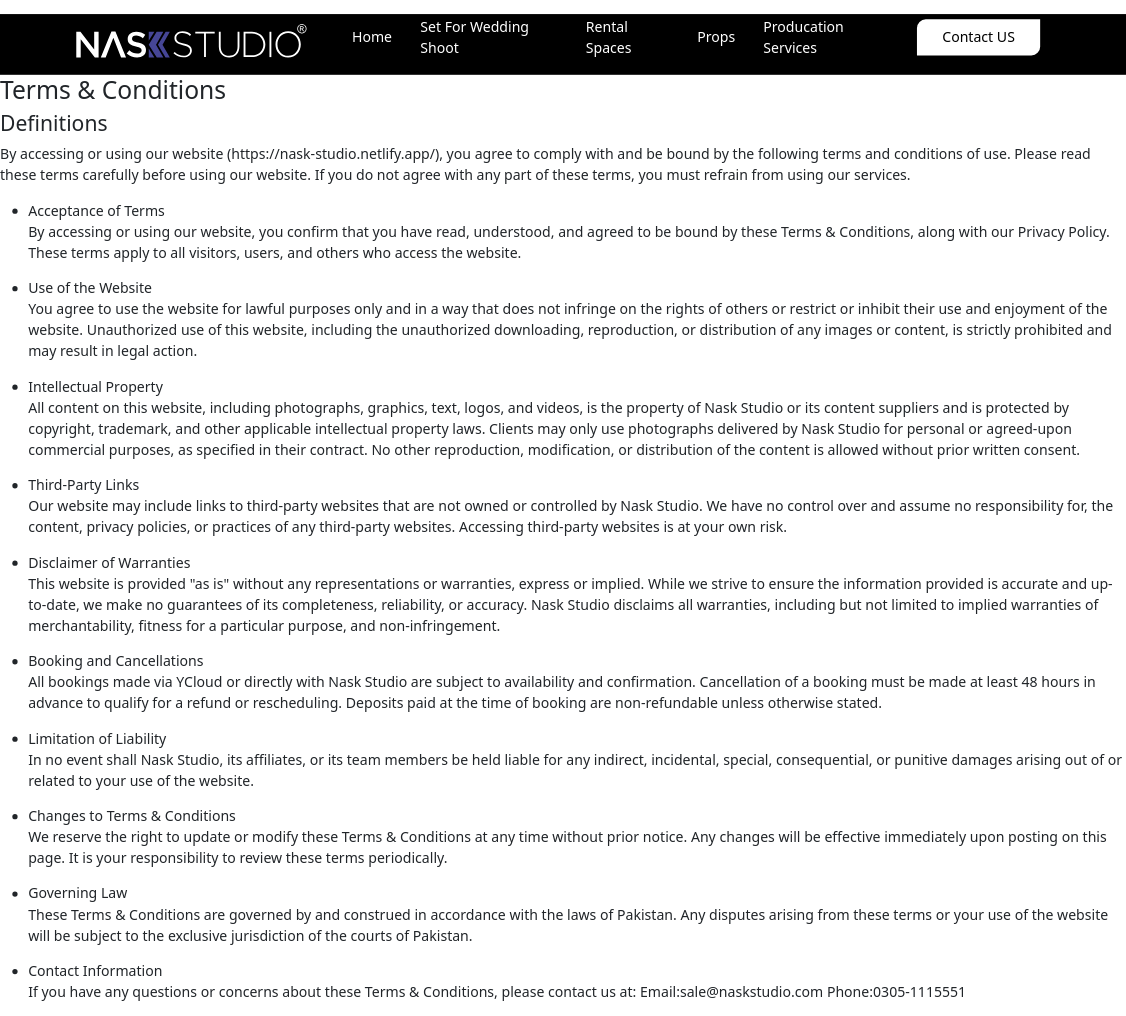
Repository: sagheerNaskSoft/nask-studio-sec-phase
Page: /termscondion
These files come from the project's save history. The page is drawn as it stood at one moment and after the next save; the edit follows.
The browser window is 1280 px wide. The pictures show the whole page, at 88% of full size.
The project was rebuilt for these pictures with package versions that can differ from the ones it lists, and the page was loaded fresh each time. Also part of the build but not shown: src/Component/HomePage/Banner.js, src/Component/HomePage/ShootSection.js, src/Component/HomePage/SerivceSetion.js, src/Component/NavFooter/Footer.js, src/Pages/Home.js, src/Pages/About.js, src/Component/WeddingSets/Banner.js, src/Component/WeddingSets/StudioSection.js and 19 more.

Above is the page before, as saved 2025-02-04 13:51:16.

After the next save:
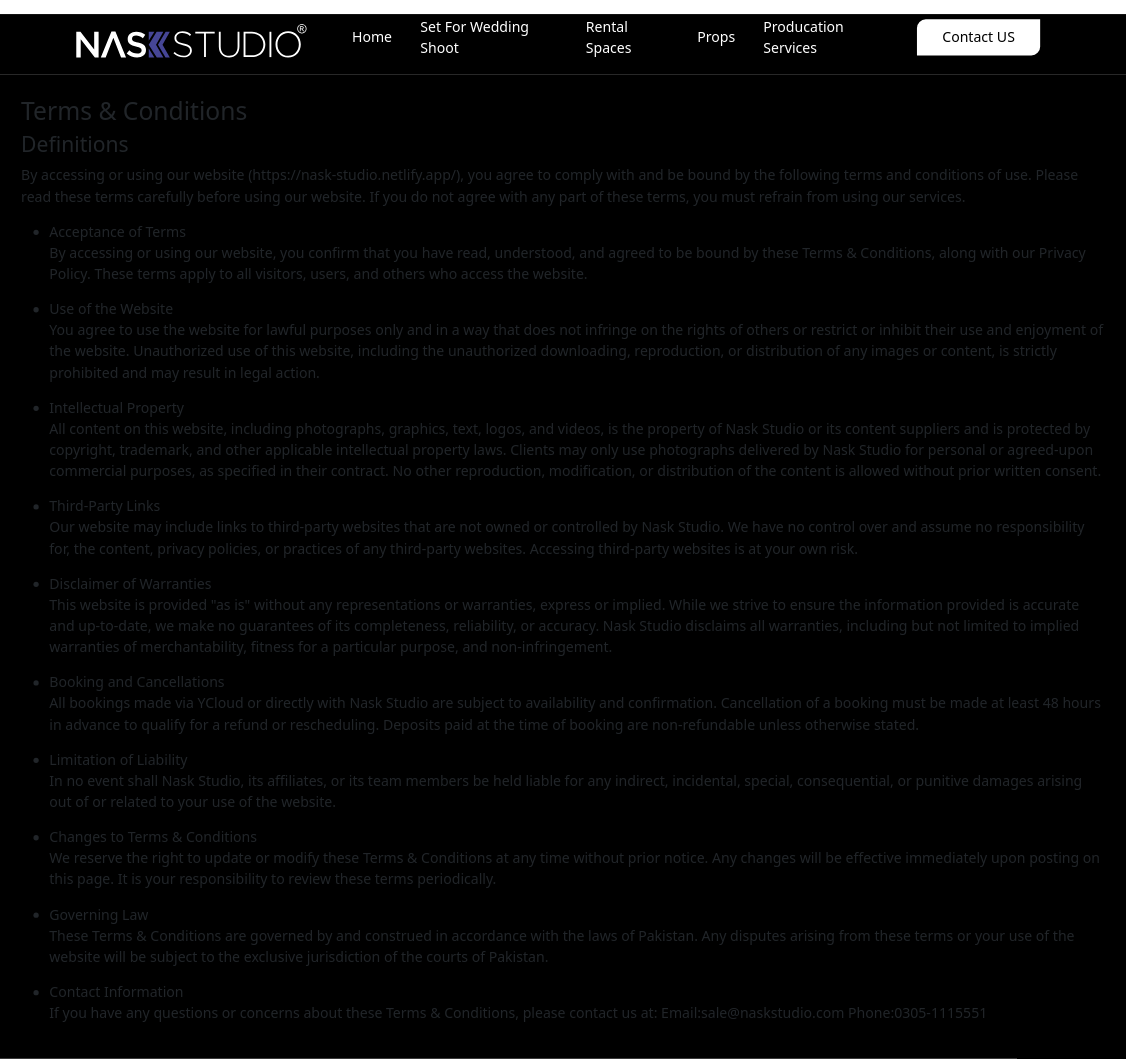
Saved 5 min 30 s later.
--- a/src/Component/TermsCondition/Terms.js
+++ b/src/Component/TermsCondition/Terms.js
@@ -3,7 +3,7 @@ import React from 'react'
 function Terms() {
     return (
         <>
-            <div className='terms-condition'>
+            <div style={{background:'black'}} className='terms-condition p-4'>
                 <div className='terms'>
                     <h3>Terms & Conditions</h3>
                     <h4>Definitions</h4>
